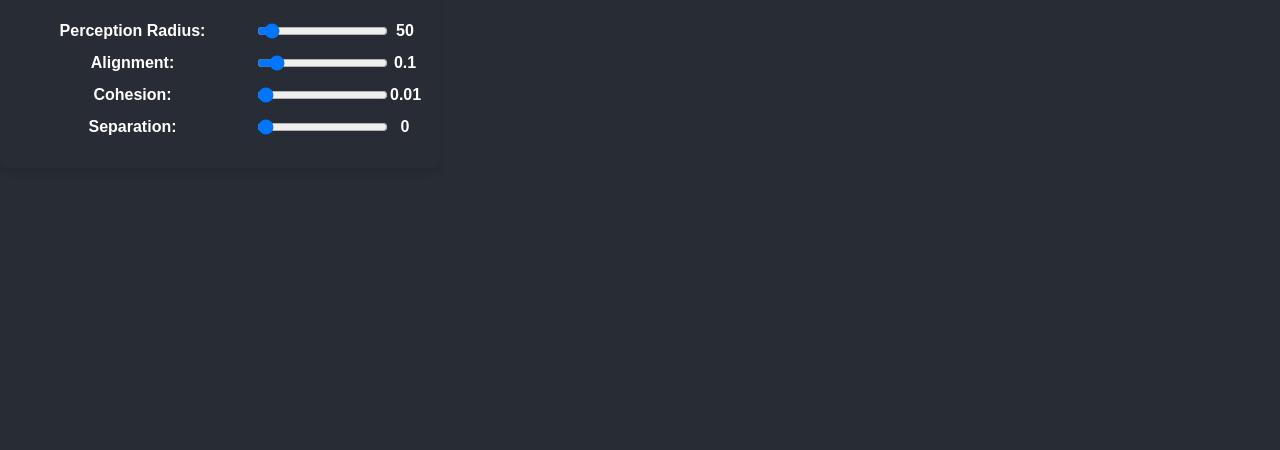
Repository: eltonsampaio12/boids
Page: index.html
An editor plug-in stored every save of this project. The page is shown before and after the next save, followed by the edit.
The browser window is 1280 px wide. The pictures show the whole page.

Above is the page before, as saved 2024-02-01 00:15:30.
Not found: main.ts

After the next save:
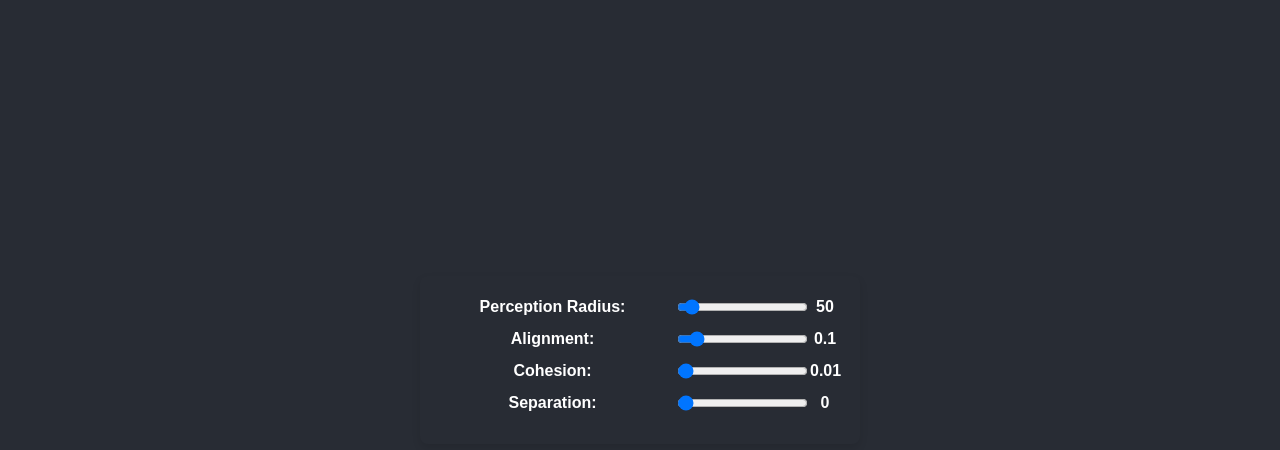
Saved 64 s later.
--- a/index.html
+++ b/index.html
@@ -9,8 +9,12 @@
         background-color: #282c34;
         color: white;
         font-family: "Arial", sans-serif;
+        display: flex;
+        align-items: center;
+        justify-content: center;
+        height: 100vh;
+        overflow: hidden; /* Add this line to prevent horizontal scrolling */
       }
-
       .container {
         width: 400px;
         padding: 20px;

After the save that followed:
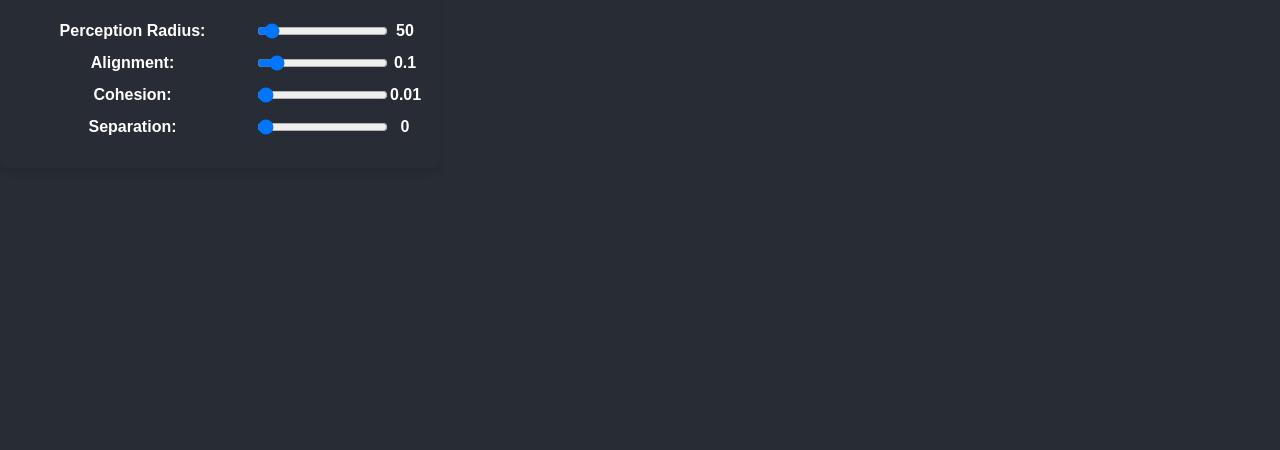
Saved 7 s later.
--- a/index.html
+++ b/index.html
@@ -9,12 +9,8 @@
         background-color: #282c34;
         color: white;
         font-family: "Arial", sans-serif;
-        display: flex;
-        align-items: center;
-        justify-content: center;
-        height: 100vh;
-        overflow: hidden; /* Add this line to prevent horizontal scrolling */
       }
+
       .container {
         width: 400px;
         padding: 20px;
